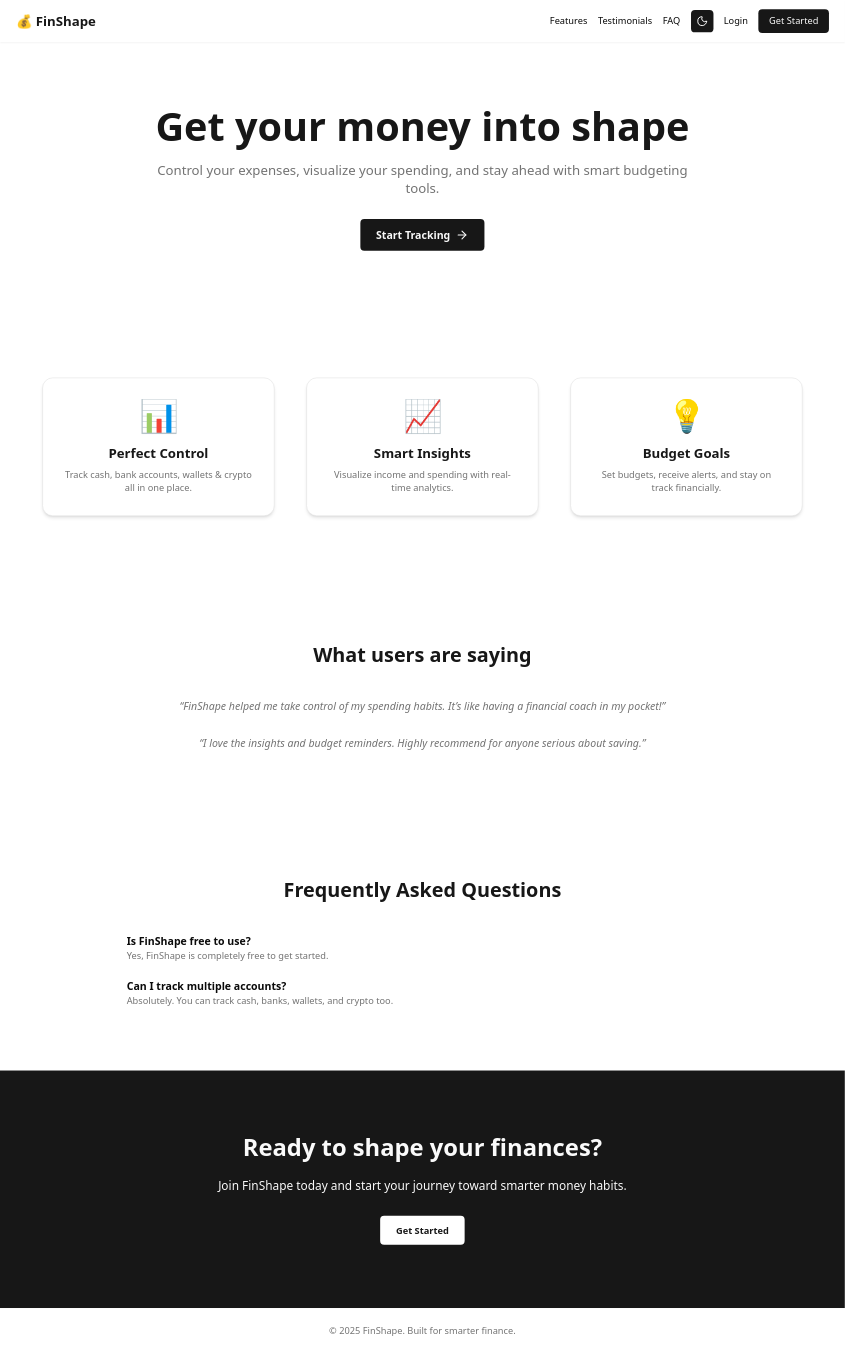
Repository: ruthvik-mt/Trackifi
Page: /categories (app in frontend/)
These files come from the project's save history. The page is drawn as it stood at one moment and after a run of saves; the edit follows.
The browser window is 1280 px wide. The pictures show the whole page, at 66% of full size.
The project was rebuilt for these pictures with package versions that can differ from the ones it lists, and the page was loaded fresh each time. Also part of the build but not shown: frontend/vite.config.ts, frontend/src/components/FormInput.tsx, frontend/src/pages/Auth/Login.tsx, frontend/src/pages/Auth/Register.tsx, frontend/src/components/Sidebar.tsx, frontend/src/components/ThemeToggleButton.tsx, frontend/src/components/Navbar.tsx, frontend/src/pages/Dashboard/Layout.tsx and 20 more.

Above is the page before, as saved 2025-07-15 20:42:15.

After the next 2 saves:
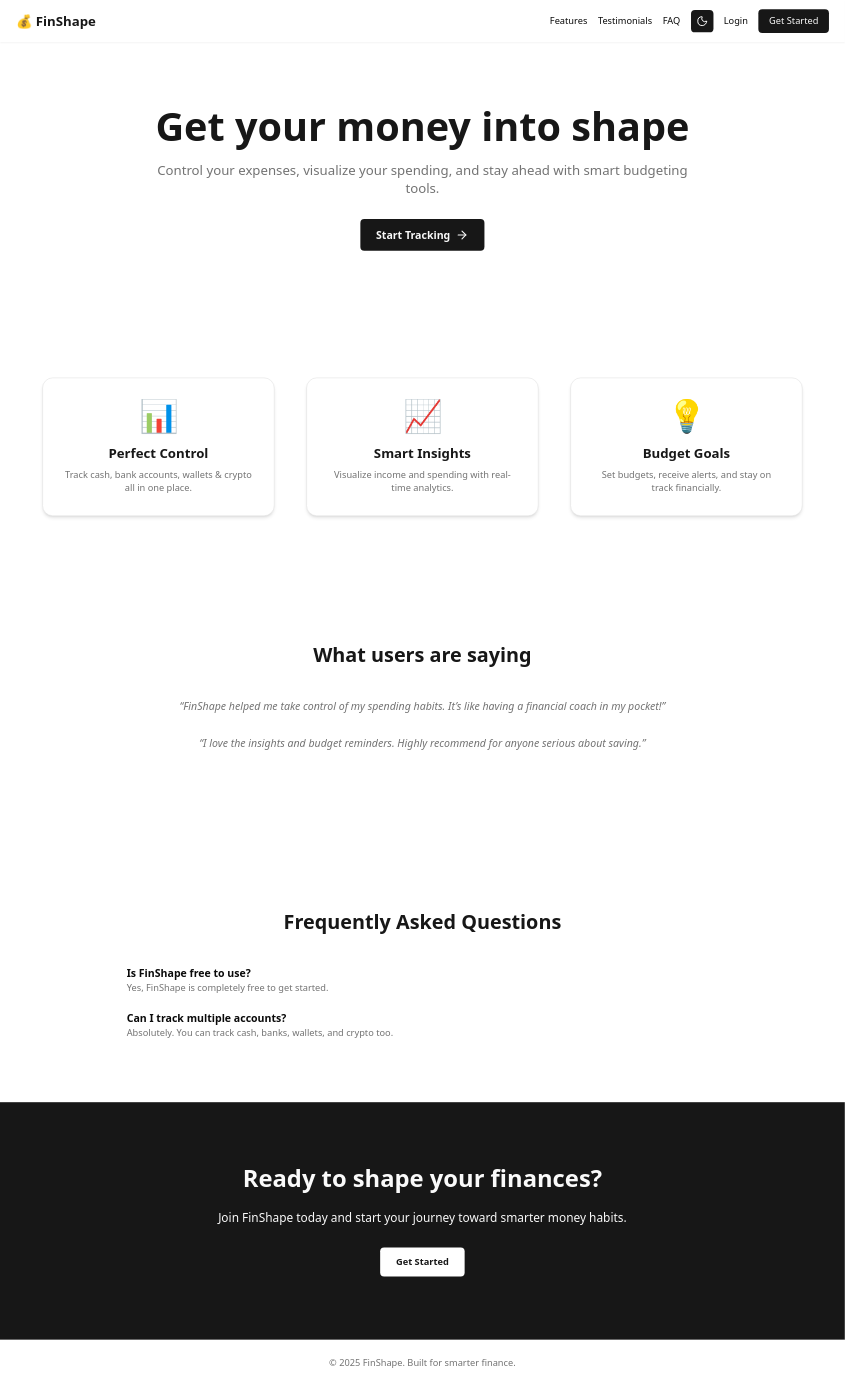
The 2 saves are shown as one change because they came seconds apart.
The last was saved 32 s later.
--- a/frontend/src/pages/LandingPage.tsx
+++ b/frontend/src/pages/LandingPage.tsx
@@ -161,6 +161,7 @@ export default function LandingPage() {
   viewport={{ once: true, amount: 0.2 }}
   transition={{ duration: 0.8 }}
 >
+  <div className="h-12 bg-gradient-to-b from-transparent to-background" />
   <h2 className="text-3xl font-bold mb-12 text-center text-primary">Frequently Asked Questions</h2>
   <div className="max-w-4xl mx-auto space-y-6">
     <div>
